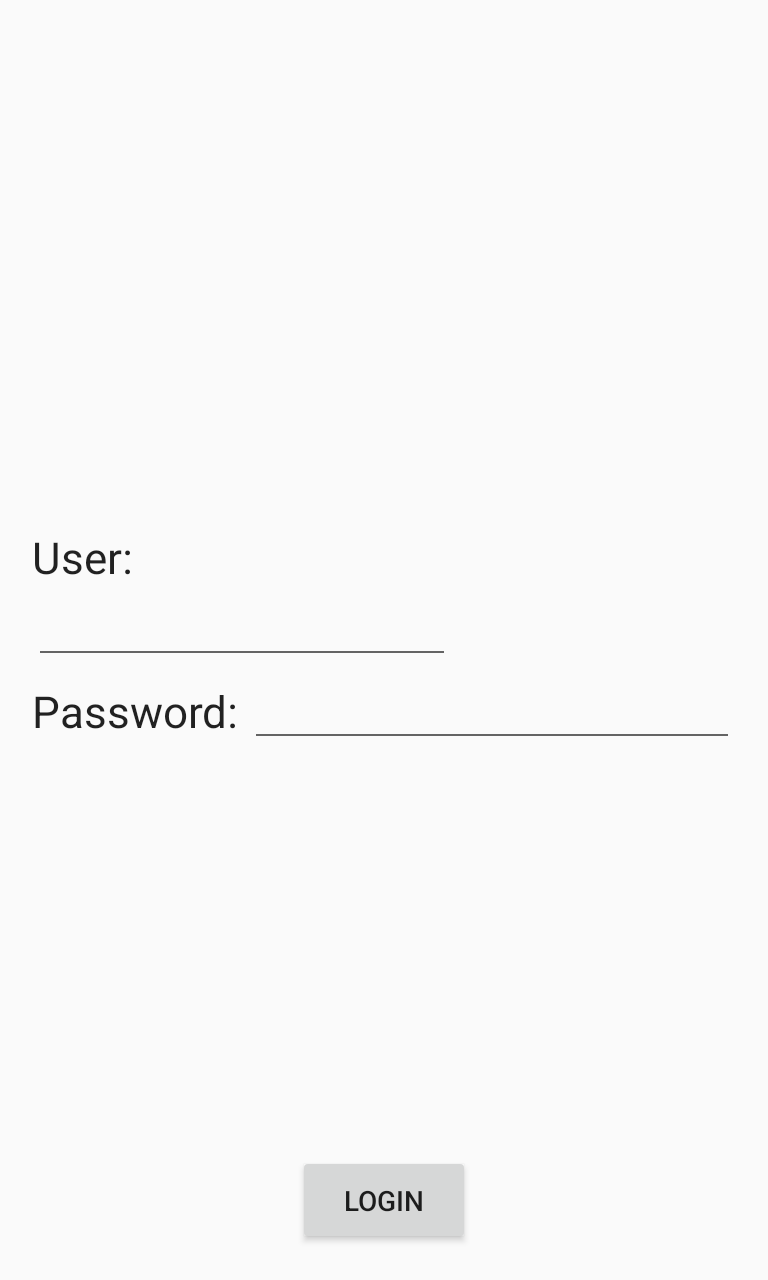
Repository: Y-GO/YGO_Parking_Project_Client
Layout: Ygo_Parking_Project/res/layout/activity_login.xml
An editor plug-in stored every save of this project. The layout is shown before and after the next save, followed by the edit.
It is drawn on a 768 x 1280 px phone screen (xhdpi) without system bars, with theme AppTheme; the app's code is not run.

Above is the layout before, as saved 2014-07-28 09:45:42.

### Ygo_Parking_Project/res/layout/activity_login.xml
<RelativeLayout xmlns:android="http://schemas.android.com/apk/res/android"
    xmlns:tools="http://schemas.android.com/tools"
    android:layout_width="fill_parent"
    android:layout_height="fill_parent"
    android:paddingBottom="@dimen/activity_vertical_margin"
    android:paddingLeft="@dimen/activity_horizontal_margin"
    android:paddingRight="@dimen/activity_horizontal_margin"
    android:paddingTop="@dimen/activity_vertical_margin"
    tools:context="com.ygo.ygo_parking_project.MainActivity" >

    <LinearLayout
        android:layout_width="fill_parent"
        android:layout_height="wrap_content"
        android:layout_centerInParent="true"
        android:orientation="vertical" >

        <LinearLayout
            android:layout_width="match_parent"
            android:layout_height="wrap_content"
            android:layout_gravity="center"
            android:orientation="vertical" >

            <TextView
                android:id="@+id/textView1"
                android:layout_width="wrap_content"
                android:layout_height="wrap_content"
                android:layout_weight="0.25"
                android:text="@string/user"
                android:textAppearance="?android:attr/textAppearanceLarge" />

            <EditText
                android:id="@+id/editUserName"
                android:layout_width="wrap_content"
                android:layout_height="wrap_content"
                android:layout_weight="0.74"
                android:ems="10"
                android:inputType="text" />
        </LinearLayout>

        <LinearLayout
            android:layout_width="match_parent"
            android:layout_height="wrap_content"
            android:layout_gravity="center"
            android:orientation="vertical" >

            <LinearLayout
                android:layout_width="match_parent"
                android:layout_height="wrap_content" >

                <TextView
                    android:id="@+id/textView2"
                    android:layout_width="wrap_content"
                    android:layout_height="wrap_content"
                    android:layout_weight="0.1"
                    android:text="@string/password"
                    android:textAppearance="?android:attr/textAppearanceLarge" />

                <EditText
                    android:id="@+id/editPassword"
                    android:layout_width="wrap_content"
                    android:layout_height="wrap_content"
                    android:layout_weight="0.74"
                    android:ems="10"
                    android:inputType="textPassword" />
            </LinearLayout>
        </LinearLayout>
    </LinearLayout>

    <Button
        android:id="@+id/buttonLogIn"
        android:layout_width="wrap_content"
        android:layout_height="wrap_content"
        android:layout_alignParentBottom="true"
        android:layout_alignWithParentIfMissing="false"
        android:layout_centerHorizontal="true"
        android:text="@string/login" />

</RelativeLayout>

### Ygo_Parking_Project/res/values/strings.xml
<?xml version="1.0" encoding="utf-8"?>
<resources>

    <string name="app_name">Ygo_Parking_Project</string>
    <string name="hello_world">Hello world!</string>
    <string name="action_settings">Settings</string>
    <string name="medium_text">Medium Text</string>
    <string name="login">Login</string>
    <string name="user_">"User: "</string>
    <string name="user">User:</string>
    <string name="password">Password:</string>

</resources>

Loaded but not shown: Ygo_Parking_Project/res/values/styles.xml (common file); Ygo_Parking_Project/res/values-v11/styles.xml (common file); Ygo_Parking_Project/res/values-v14/styles.xml (common file); Ygo_Parking_Project/res/values/dimens.xml (common file); Ygo_Parking_Project/res/values-w820dp/dimens.xml (common file)

After the next save:
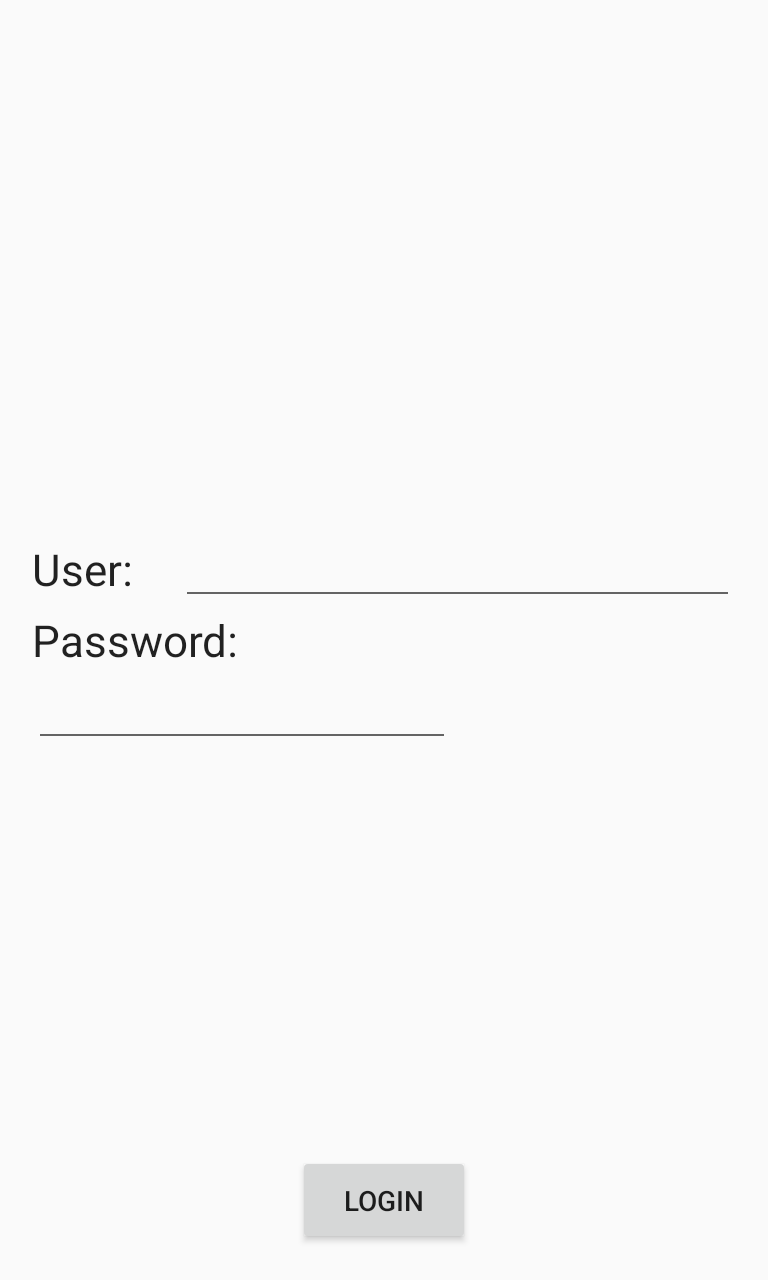
Saved 6 min 3 s later.
--- a/Ygo_Parking_Project/res/layout/activity_login.xml
+++ b/Ygo_Parking_Project/res/layout/activity_login.xml
@@ -20,21 +20,26 @@
             android:layout_gravity="center"
             android:orientation="vertical" >
 
-            <TextView
-                android:id="@+id/textView1"
-                android:layout_width="wrap_content"
-                android:layout_height="wrap_content"
-                android:layout_weight="0.25"
-                android:text="@string/user"
-                android:textAppearance="?android:attr/textAppearanceLarge" />
+            <LinearLayout
+                android:layout_width="match_parent"
+                android:layout_height="wrap_content" >
 
-            <EditText
-                android:id="@+id/editUserName"
-                android:layout_width="wrap_content"
-                android:layout_height="wrap_content"
-                android:layout_weight="0.74"
-                android:ems="10"
-                android:inputType="text" />
+                <TextView
+                    android:id="@+id/textView1"
+                    android:layout_width="wrap_content"
+                    android:layout_height="wrap_content"
+                    android:layout_weight="0.25"
+                    android:text="@string/user"
+                    android:textAppearance="?android:attr/textAppearanceLarge" />
+
+                <EditText
+                    android:id="@+id/editUserName"
+                    android:layout_width="wrap_content"
+                    android:layout_height="wrap_content"
+                    android:layout_weight="0.74"
+                    android:ems="10"
+                    android:inputType="text" />
+            </LinearLayout>
         </LinearLayout>
 
         <LinearLayout
@@ -43,26 +48,21 @@
             android:layout_gravity="center"
             android:orientation="vertical" >
 
-            <LinearLayout
-                android:layout_width="match_parent"
-                android:layout_height="wrap_content" >
+            <TextView
+                android:id="@+id/textView2"
+                android:layout_width="wrap_content"
+                android:layout_height="wrap_content"
+                android:layout_weight="0.1"
+                android:text="@string/password"
+                android:textAppearance="?android:attr/textAppearanceLarge" />
 
-                <TextView
-                    android:id="@+id/textView2"
-                    android:layout_width="wrap_content"
-                    android:layout_height="wrap_content"
-                    android:layout_weight="0.1"
-                    android:text="@string/password"
-                    android:textAppearance="?android:attr/textAppearanceLarge" />
-
-                <EditText
-                    android:id="@+id/editPassword"
-                    android:layout_width="wrap_content"
-                    android:layout_height="wrap_content"
-                    android:layout_weight="0.74"
-                    android:ems="10"
-                    android:inputType="textPassword" />
-            </LinearLayout>
+            <EditText
+                android:id="@+id/editPassword"
+                android:layout_width="wrap_content"
+                android:layout_height="wrap_content"
+                android:layout_weight="0.74"
+                android:ems="10"
+                android:inputType="textPassword" />
         </LinearLayout>
     </LinearLayout>
 
